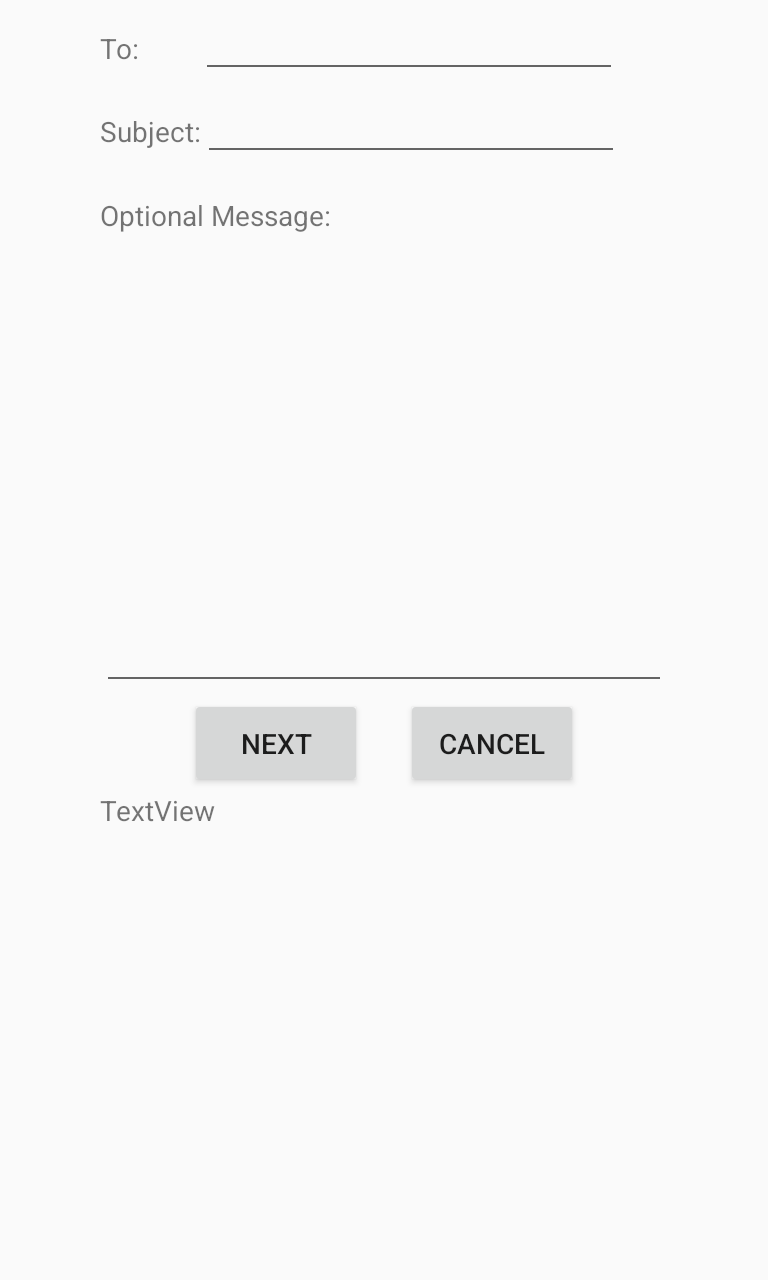
Repository: TeamZhao/Assignment-Tracker
Layout: AssignmentTracker/res/layout/activity_get_email_info.xml
The author's editor kept a copy of each file at every save. The layout is drawn from the files as they stood at one save, then again after the next save.
It is drawn on a 768 x 1280 px phone screen (xhdpi) without system bars, with theme AppTheme; the app's code is not run.

Above is the layout before, as saved 2014-12-01 02:40:22.

After the next save:
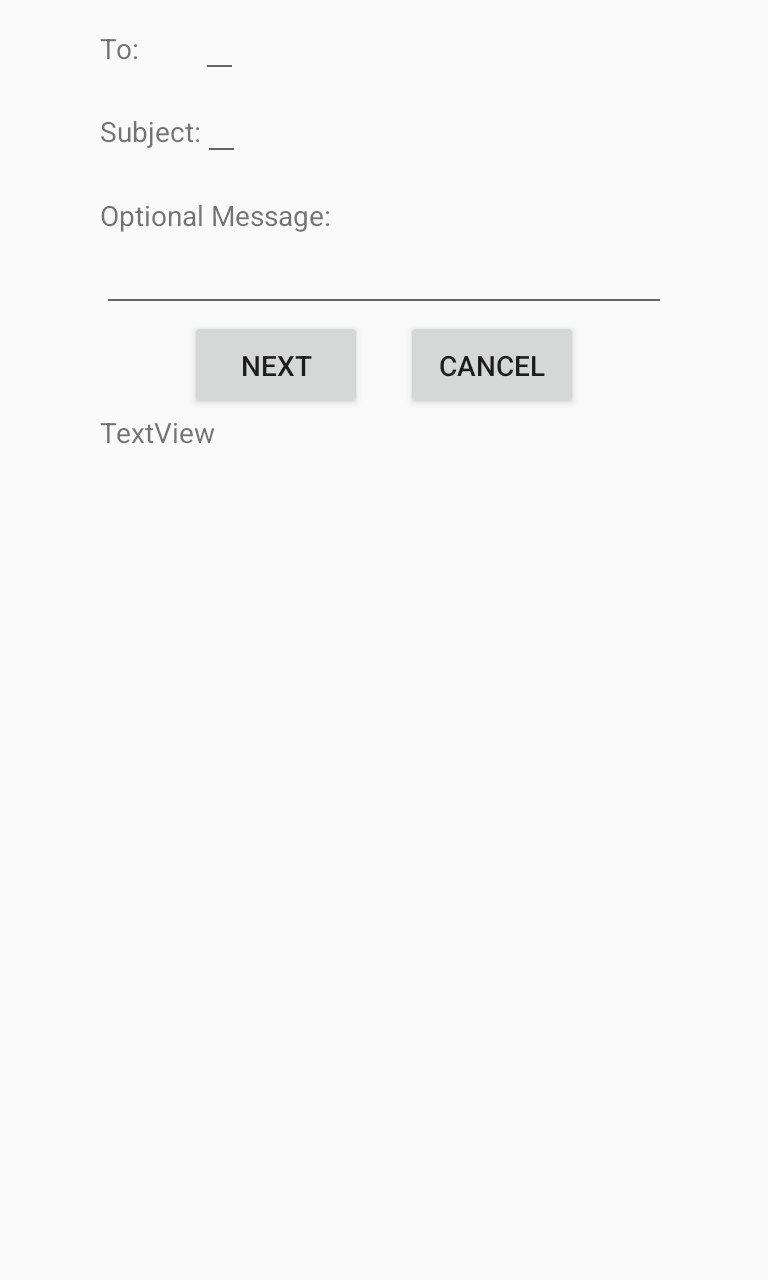
Saved 42 s later.
--- a/AssignmentTracker/res/layout/activity_get_email_info.xml
+++ b/AssignmentTracker/res/layout/activity_get_email_info.xml
@@ -21,7 +21,7 @@
             android:id="@+id/txtEmailAdd"
             android:layout_width="wrap_content"
             android:layout_height="wrap_content"
-            android:ems="10"
+
             android:text=""/>
 
     </LinearLayout>
@@ -41,7 +41,6 @@
             android:id="@+id/txtSubject"
             android:layout_width="wrap_content"
             android:layout_height="wrap_content"
-            android:ems="10"
             android:text="" />
 
     </LinearLayout>
@@ -59,7 +58,6 @@
         android:layout_height="wrap_content"
         android:gravity="center_vertical|top"
         android:inputType="textMultiLine"
-        android:lines="10"
         android:text="" />
 
 

After the save that followed:
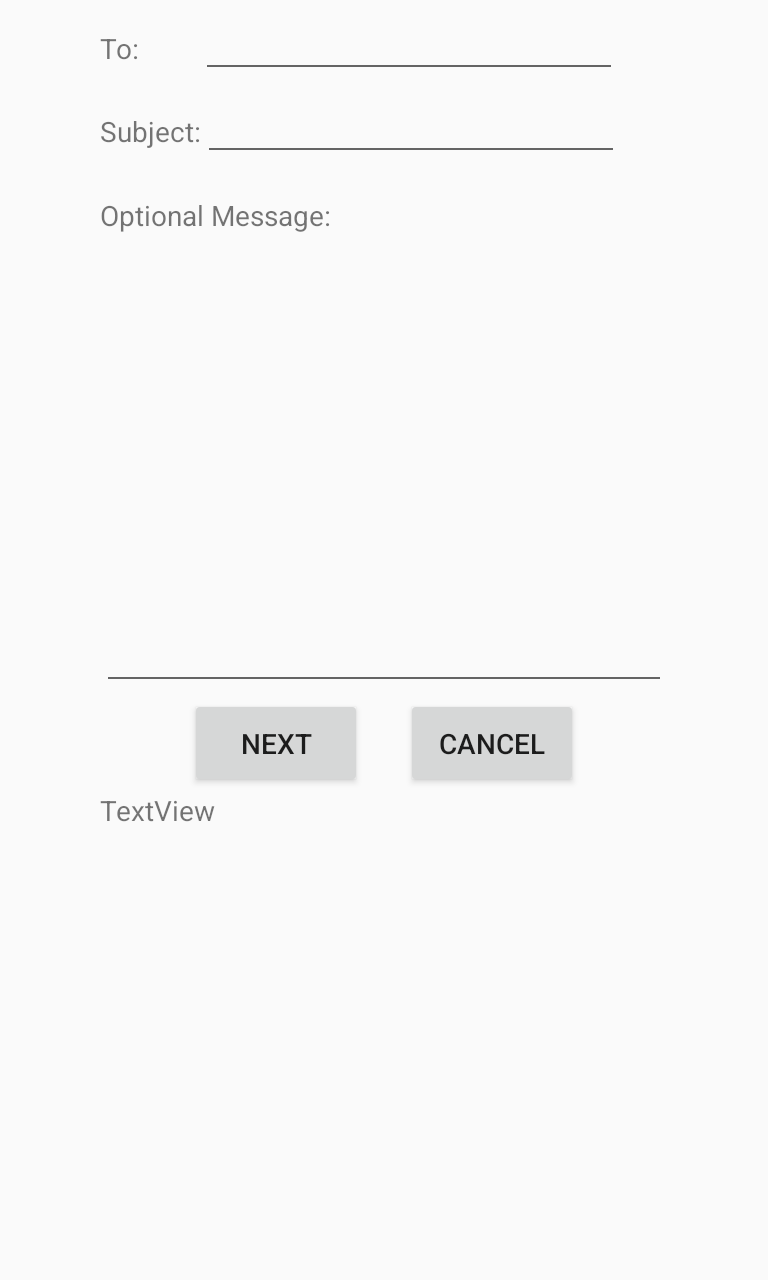
Saved 37 s later.
--- a/AssignmentTracker/res/layout/activity_get_email_info.xml
+++ b/AssignmentTracker/res/layout/activity_get_email_info.xml
@@ -21,7 +21,7 @@
             android:id="@+id/txtEmailAdd"
             android:layout_width="wrap_content"
             android:layout_height="wrap_content"
-
+            android:ems="10"
             android:text=""/>
 
     </LinearLayout>
@@ -41,6 +41,7 @@
             android:id="@+id/txtSubject"
             android:layout_width="wrap_content"
             android:layout_height="wrap_content"
+            android:ems="10"
             android:text="" />
 
     </LinearLayout>
@@ -58,7 +59,8 @@
         android:layout_height="wrap_content"
         android:gravity="center_vertical|top"
         android:inputType="textMultiLine"
-        android:text="" />
+        android:lines="10"
+        android:text=""/>
 
 
     <LinearLayout
